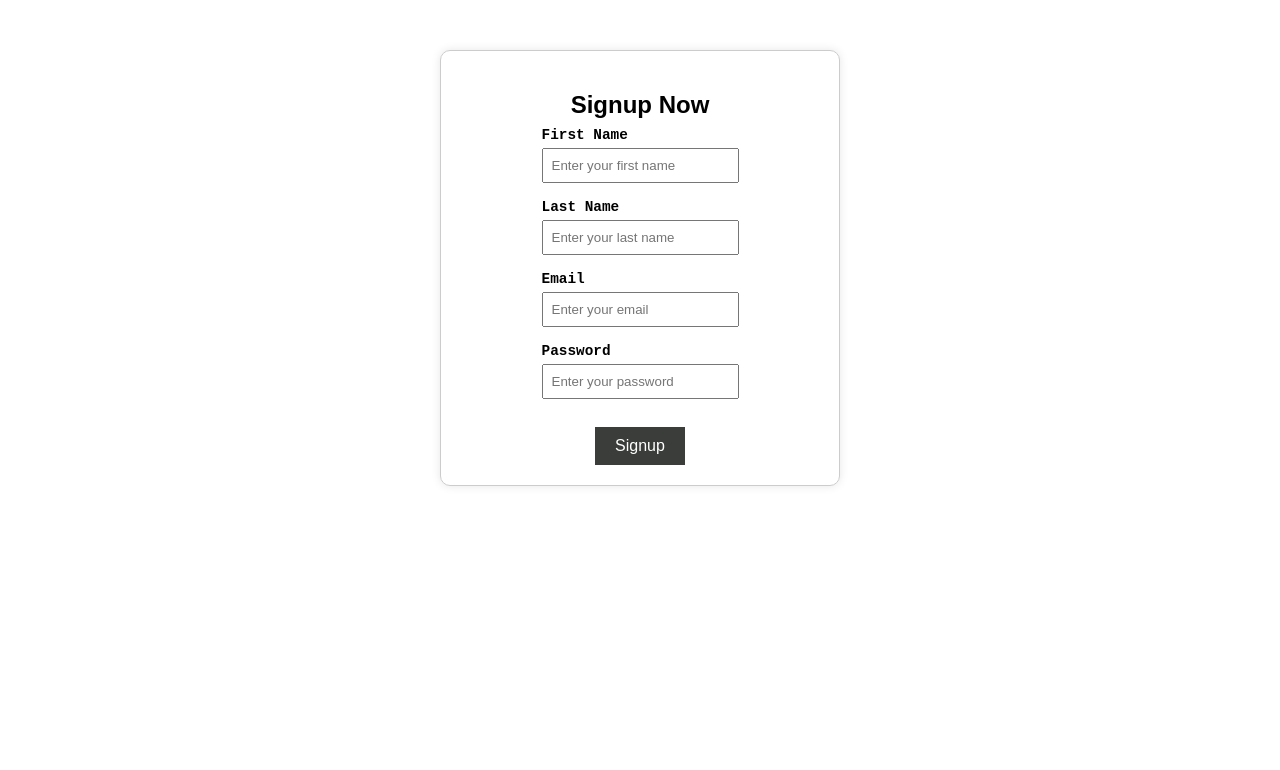
Repository: jkvekariya/Online-store-Management
Page: /auth/signup (app in frontend/client/)
These files come from the project's save history. The page is drawn as it stood at one moment and after the next save; the edit follows.
The browser window is 1280 px wide. The pictures show the whole page.
The project was rebuilt for these pictures with package versions that can differ from the ones it lists, and the page was loaded fresh each time. Also part of the build but not shown: frontend/client/vite.config.js, frontend/client/src/css/header.css, frontend/client/src/css/sidebar.css, frontend/client/src/components/Sidebar.jsx, frontend/client/src/context/CartContext.jsx, frontend/client/src/components/Header.jsx, frontend/client/src/css/footer.css, frontend/client/src/components/Footer.jsx and 11 more.

Above is the page before, as saved 2026-01-02 13:34:21.

After the next save:
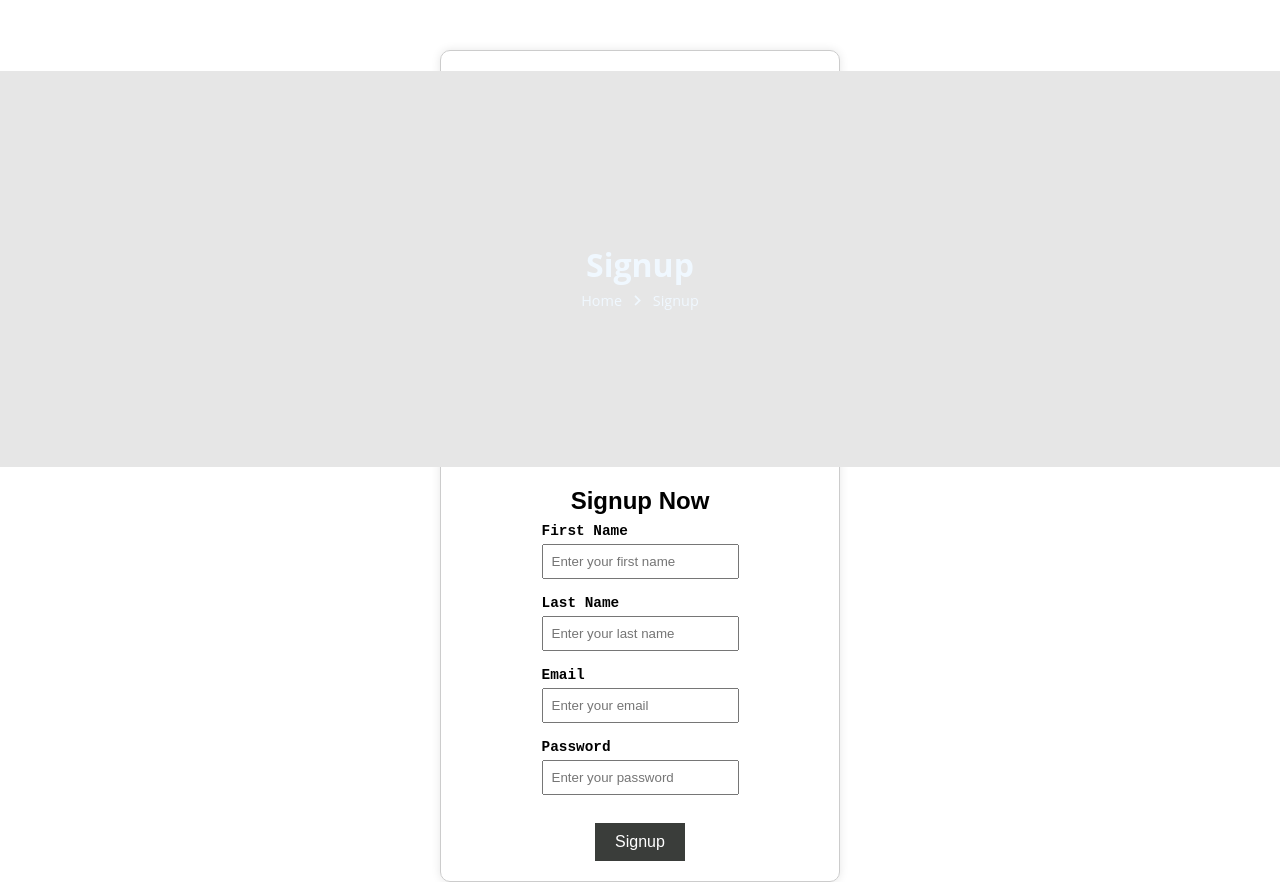
Saved 59 s later.
--- a/frontend/client/src/pages/auth/Signup.jsx
+++ b/frontend/client/src/pages/auth/Signup.jsx
@@ -1,5 +1,6 @@
 import React, { useState } from 'react'
 import "../../css/signup.css"
+import Bodyheader from '../../components/BodyHeader';
 
 const Signup = () => {
 
@@ -11,6 +12,7 @@ const Signup = () => {
   return (
     <>
     <div className='main-container'>
+        <Bodyheader title="Signup" />
       <h2>Signup Now</h2>
       <div className='first-name-box'>
             <label htmlFor="text">First Name</label>
